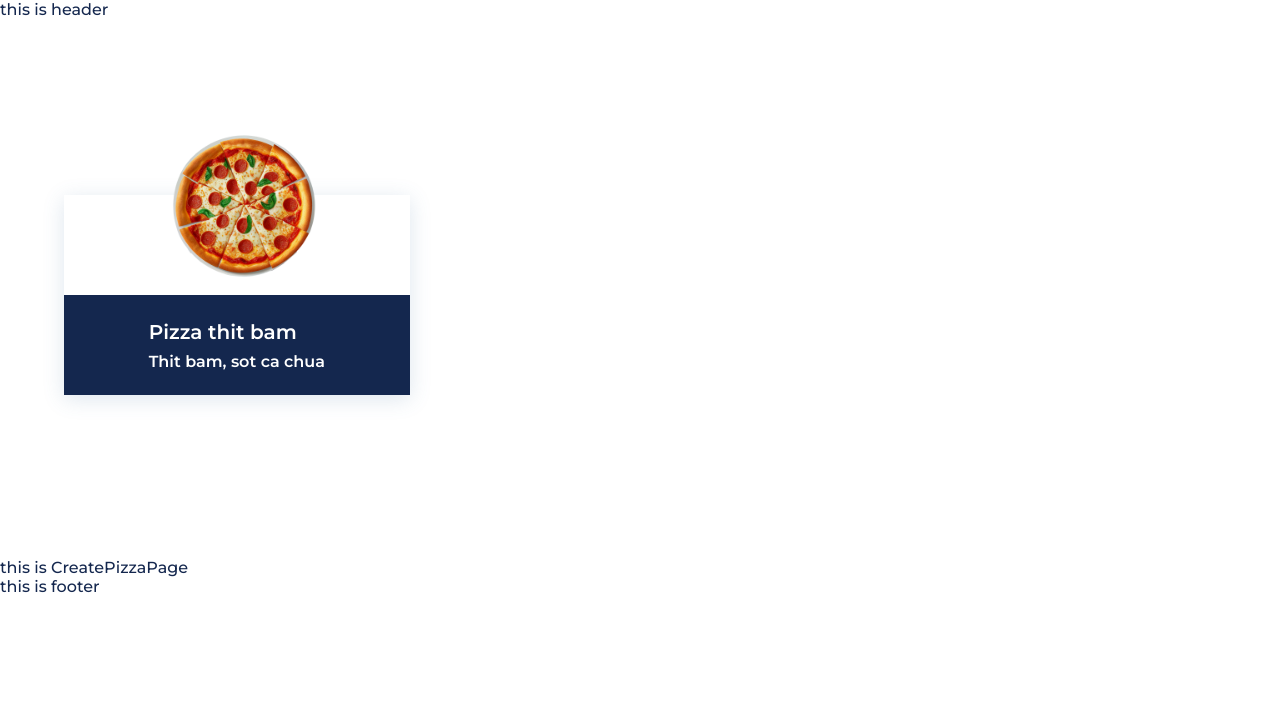
Repository: 16-Doffy/Pizza-Store
Page: /
An editor plug-in stored every save of this project. The page is shown before and after the next save, followed by the edit.
The browser window is 1280 px wide. The pictures show the whole page.
The project was rebuilt for these pictures with package versions that can differ from the ones it lists, and the page was loaded fresh each time. Also part of the build but not shown: webpack.config.js.

Above is the page before, as saved 2025-02-06 22:18:06.

### src/App.tsx
import React from "react";
import "./index.css";
import Header from "./layout/Header";
import Footer from "./layout/Footer";
import CreatePizzaPage from "./pages/CreatePizzaPage";
import HomePage from "./pages/HomePage";

function App() {

  return (
    <div className="App">
    <Header />
    <HomePage />
    <CreatePizzaPage />
    <Footer />

    </div>
  );
}

export default App;

### src/index.css
@import url("https://fonts.googleapis.com/css2?family=Montserrat:ital,wght@0,300;0,500;0,600;1,300;1,500;1,600&display=swap");

html {
  font-family: "Montserrat", sans-serif;
}

body {
  padding: 0;
  margin: 0;
  box-sizing: border-box;
}

div {
  color: #14274e;
}

.flex-basic-between {
  display: flex;
  justify-content: space-between;
  align-items: center;
}

/* Button */
.btn-main {
  cursor: pointer;
  background: #14274e;
  color: #fff;
  padding: 0.8rem 1.5rem;
  border-radius: 4px;
}

.btn-main:hover {
  background: #394867;
}
/* Button */

.wrapper-card-items {
  display: flex;
  column-gap: 4rem;
  flex-wrap: wrap;
  row-gap: 8rem;
  padding-top: 7rem;
}

.card-items {
  width: 30%;
  height: 200px;
  box-shadow: 0px 4px 20px 0px rgba(72, 119, 159, 0.18);
  position: relative;
  cursor: pointer;
}

.card-image-pizza {
  width: 200px;
  position: absolute;
  top: -90px;
  left: 22.5%;
}

.card-content {
  display: flex;
  align-items: center;
  justify-content: center;
  height: 50%;
  background: #14274e;
}

/* Text field */
.text-field {
  padding: 0.8rem 1rem;
  background: #f5f5f5;
  border: none;
  outline: none;
  color: #14274e;
  border-radius: 4px;
}

input {
  font-family: "Montserrat", sans-serif;
}
/* Text field */

/* Loading Spinner */
.lds-ring {
  display: inline-block;
  position: relative;
  width: 80px;
  height: 80px;
}
.lds-ring div {
  box-sizing: border-box;
  display: block;
  position: absolute;
  width: 64px;
  height: 64px;
  margin: 8px;
  border: 8px solid #14274e;
  border-radius: 50%;
  animation: lds-ring 1.2s cubic-bezier(0.5, 0, 0.5, 1) infinite;
  border-color: #14274e transparent transparent transparent;
}
.lds-ring div:nth-child(1) {
  animation-delay: -0.45s;
}
.lds-ring div:nth-child(2) {
  animation-delay: -0.3s;
}
.lds-ring div:nth-child(3) {
  animation-delay: -0.15s;
}
@keyframes lds-ring {
  0% {
    transform: rotate(0deg);
  }
  100% {
    transform: rotate(360deg);
  }
}
/* Loading Spinner */

### src/layout/Header.tsx
import React from 'react';

const Header = () => {
    return (
        <div>
            this is header
        </div>
    );
};

export default Header;

### src/layout/Footer.tsx
import React from 'react';

const Footer = () => {
    return (
        <div>
            this is footer
        </div>
    );
};

export default Footer;

### src/pages/CreatePizzaPage.tsx
import React from 'react';

const CreatePizzaPage = () => {
    return (
        <div>
            this is CreatePizzaPage
        </div>
    );
};

export default CreatePizzaPage;

### src/pages/HomePage.tsx
import React from "react";

const HomePage = () => {
  return (
    <div style={{ height: "calc(100vh - 309px)", padding: "4rem 4rem", overflow: "auto" }}>
      <div className="wrapper-card-items">
        <div className="card-items">
          <img src="/pizza.png" alt="pizza" className="card-image-pizza " />
          <div style={{ height: "50%", width: "100%" }}></div>
          {/* Di chuyển card-content vào trong card-items */}
          <div className="card-content">
            <div>
              <div style={{ fontSize: "20px", fontWeight: 600, color: "#fff" }}>Pizza thit bam</div>
              <div style={{ fontSize: "16px", fontWeight: 600, color: "#fff", marginTop: "0.5rem" }}>
                Thit bam, sot ca chua
              </div>
            </div>
          </div>
        </div>
      </div>
    </div>
  );
};

export default HomePage;

Loaded but not shown: public/index.html (common file); src/index.tsx (common file)

After the next save:
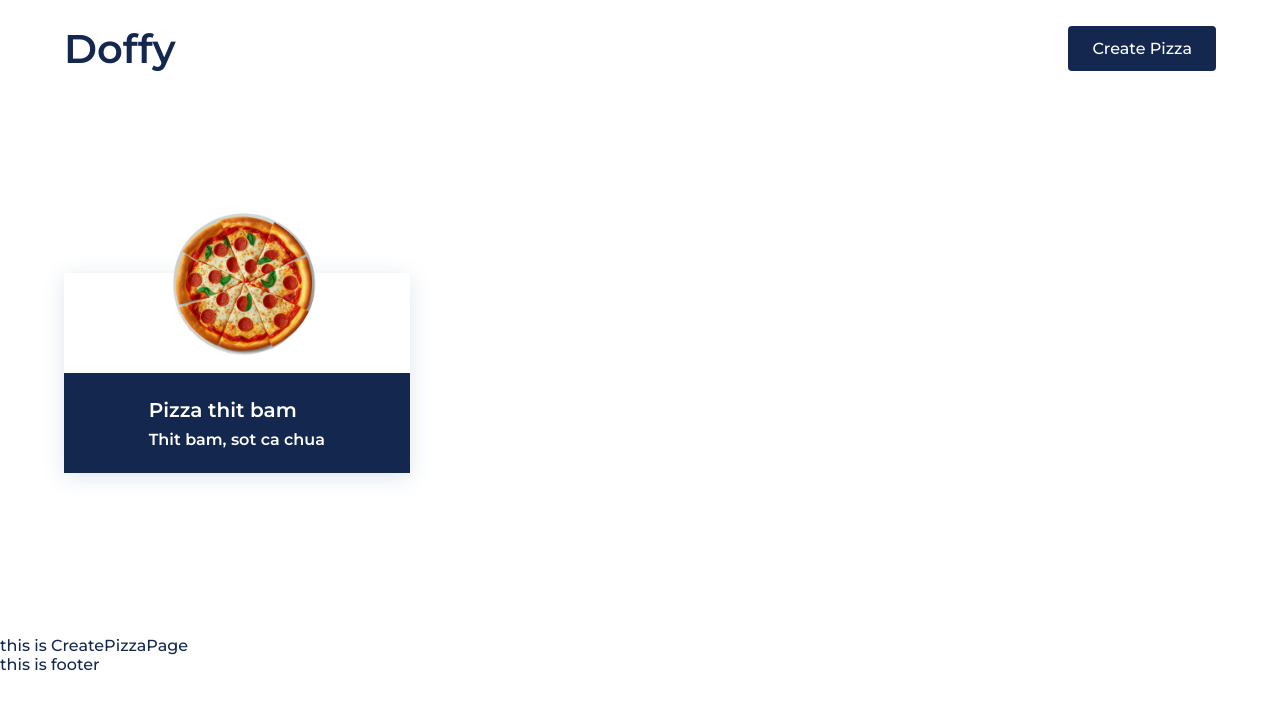
Saved 100 s later.
--- a/src/layout/Header.tsx
+++ b/src/layout/Header.tsx
@@ -2,8 +2,10 @@ import React from 'react';
 
 const Header = () => {
     return (
-        <div>
-            this is header
+        <div className='flex-basic-between' style={{padding:'1.5rem 4rem'}}>
+            <div style={{fontSize:'40px', fontWeight:600}}>
+                Doffy</div>
+                <div className="btn-main">Create Pizza</div>
         </div>
     );
 };
